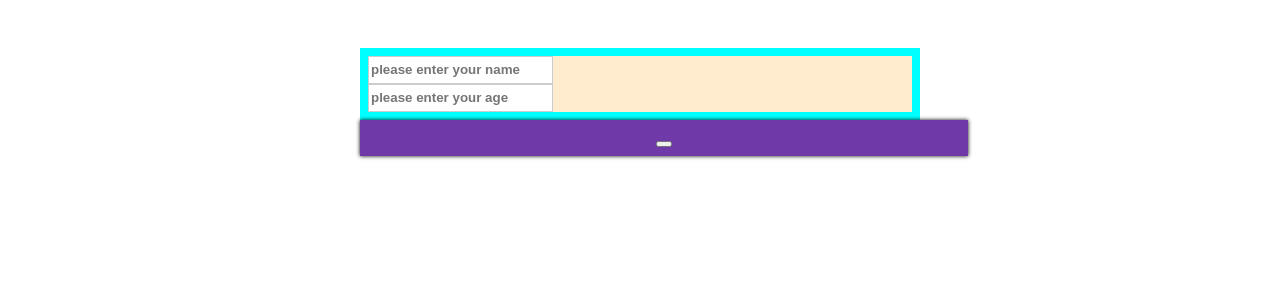
Repository: NamalPathirana/section-eight
Page: /
An editor plug-in stored every save of this project. The page is shown before and after the next save, followed by the edit.
The browser window is 1280 px wide. The pictures show the whole page.
The project was rebuilt for these pictures with package versions that can differ from the ones it lists, and the page was loaded fresh each time.

Above is the page before, as saved 2021-11-25 21:43:13.

### src/App.js
import logo from './logo.svg';
import './App.css';
import UserInput from './Components/UserInput/UserInput';

function App() {
  return (
    <div className="App">
      <section>
      <UserInput></UserInput>
      </section>
    </div>
  );
}

export default App;

### src/App.css
.App {
  text-align: center;
  display: flex;
  flex-direction: column;
  width: 35rem;
  max-width: 90%;
  margin: 3rem auto;
  background-color: aqua;
}

### src/Components/UserInput/UserInput.js
import Button from '../../UI/Button/Button';
import styles from './UserInput.module.css'

const UserInput = () => {
    return (
        <form>
        <div className={styles.frame}>
            <input placeholder='please enter your name'/>
            <input placeholder='please enter your age'/>
        </div>
        <Button name='Add User'></Button>
        </form>
    );
};

export default UserInput;

### src/UI/Button/Button.js
import styles from './Button.module.css'

const Button = (props) => {

    return(
        <div className={styles.button} >
            <button value={props.name}/>
        </div>
    )
}

export default Button;

### src/Components/UserInput/UserInput.module.css
.frame{
    margin: 0.5rem 0.5rem;
    background-color: blanchedalmond;
}

.frame input{
    display: block;
    font-weight: bold;
    border: 1px solid #ccc;
    line-height: 1.5rem;
    padding: 100 0.25rm;
}

### src/UI/Button/Button.module.css
.button{
    font: inherit;
    padding: 0.5rem 1.5rem;
    background-color: rgb(112, 57, 168);
    color:white;
    box-shadow: 0 0 4px black;
    cursor: pointer;
    width: 100%;
}

.button:focus{
    outline: none;
}

.button:hover,.button:active{
    background-color: rgb(185, 140, 231);
    border-color: rgb(185, 140, 231);
    box-shadow: 0 0 8px black;
}

Loaded but not shown: public/index.html (common file); src/index.js (common file); src/index.css (common file); src/reportWebVitals.js (common file)

After the next save:
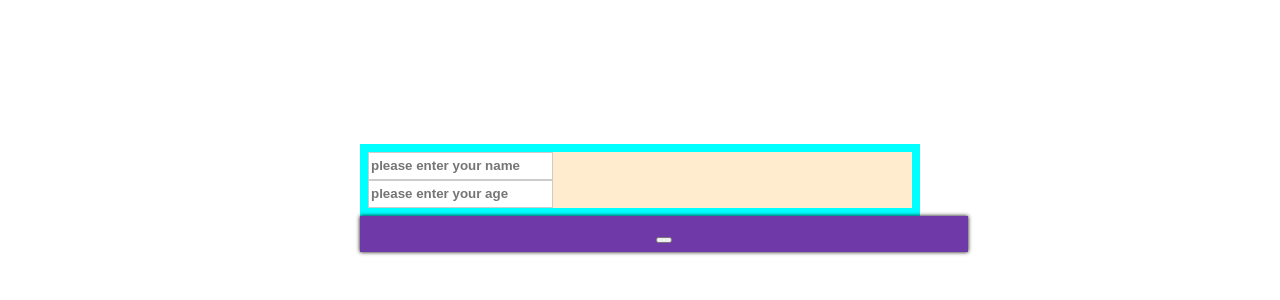
Saved 71 s later.
--- a/src/App.css
+++ b/src/App.css
@@ -4,6 +4,6 @@
   flex-direction: column;
   width: 35rem;
   max-width: 90%;
-  margin: 3rem auto;
+  margin: 9rem auto;
   background-color: aqua;
 }

After the save that followed:
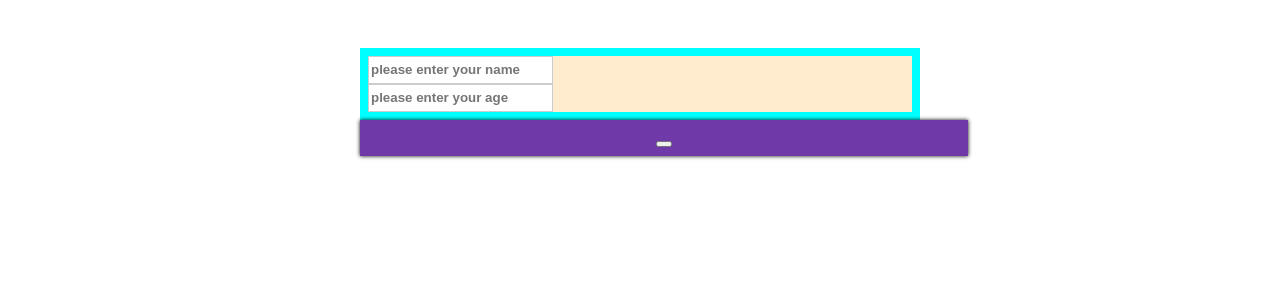
Saved 6 s later.
--- a/src/App.css
+++ b/src/App.css
@@ -4,6 +4,6 @@
   flex-direction: column;
   width: 35rem;
   max-width: 90%;
-  margin: 9rem auto;
+  margin: 3rem auto;
   background-color: aqua;
 }
